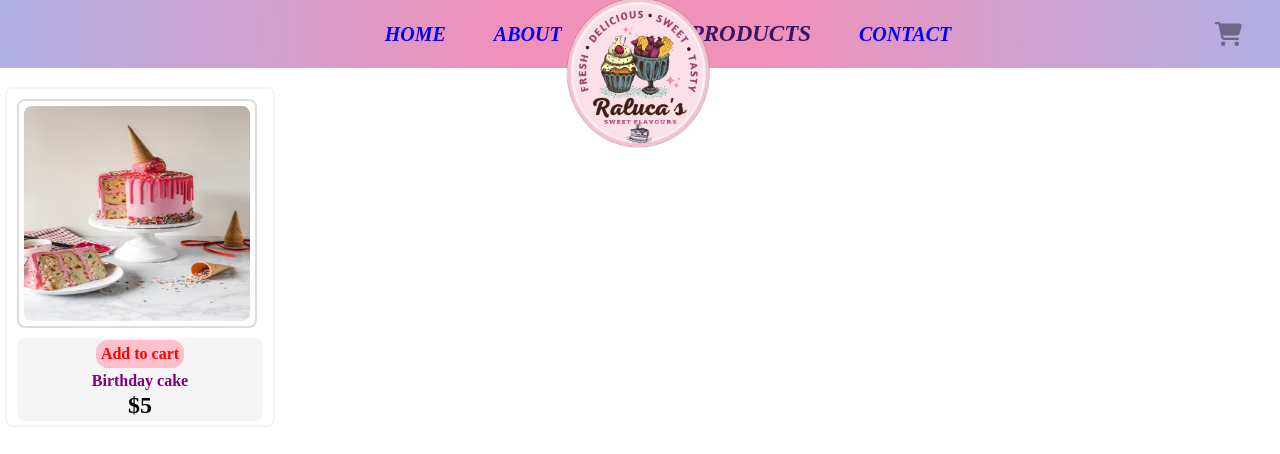
Repository: RalucaZota/cakeshop
Page: /products
The author's editor kept a copy of each file at every save. The page is drawn from the files as they stood at one save, then again after the next save.
The browser window is 1280 px wide. The pictures show the whole page.
The project was rebuilt for these pictures with package versions that can differ from the ones it lists, and the page was loaded fresh each time. Also part of the build but not shown: vite.config.js, src/components/FavoriteProduct.vue, src/views/Home.vue, src/views/About.vue, src/views/Contact.vue.

Above is the page before, as saved 2023-06-10 18:25:48.

### index.html
<!DOCTYPE html>
<html lang="en">
  <head>
    <meta charset="UTF-8">
    <link rel="icon" href="/favicon.ico">
    <meta name="viewport" content="width=device-width, initial-scale=1.0">
    <title>Vite App</title>
  </head>
  <body>
    <div id="app"></div>
    <script type="module" src="/src/main.js"></script>

  </body>
</html>

### src/main.js
import './assets/main.css'

import { createApp } from 'vue'
import App from './App.vue'
import router from './router'
/* import the fontawesome core */
import { library } from '@fortawesome/fontawesome-svg-core'

/* import font awesome icon component */
import { FontAwesomeIcon } from '@fortawesome/vue-fontawesome'




/* import specific icons */
import { faBars } from '@fortawesome/free-solid-svg-icons'
import { faXmark } from '@fortawesome/free-solid-svg-icons'
import { faCartShopping } from '@fortawesome/free-solid-svg-icons'




/* add icons to the library */
library.add(faBars, faXmark, faCartShopping)

createApp(App)
.component('font-awesome-icon', FontAwesomeIcon).use(router)
.mount('#app')

### src/assets/main.css
@import './base.css';

#app {
  margin: 0 auto;

  font-weight: normal;
}

### src/App.vue
<script setup>
import Navbar from "./components/Navbar.vue"


</script>

<template>
<navbar/>


</template>

<style scoped>

</style>

### src/router/index.js
import { createRouter, createWebHistory } from 'vue-router'

const router = createRouter({
  history: createWebHistory(import.meta.env.BASE_URL),
  routes: [
    {
      path: '/',
      name: 'home',
      component: () => import('../views/Home.vue')
    },
    { path: '/about', name: 'about', component: () => import('../views/About.vue') },
    { path: '/products', name: 'products', component: () => import('../views/Products.vue') },
    { path: '/contact', name: 'contact', component: () => import('../views/Contact.vue') }
    // route level code-splitting
    // this generates a separate chunk (About.[hash].js) for this route
    // which is lazy-loaded when the route is visited.
  ]
})

export default router

### src/assets/base.css
/* color palette from <https://github.com/vuejs/theme> */
:root {
  --vt-c-white: #ffffff;
  --vt-c-white-soft: #f8f8f8;
  --vt-c-white-mute: #f2f2f2;

  --vt-c-black: #181818;
  --vt-c-black-soft: #222222;
  --vt-c-black-mute: #282828;

  --vt-c-indigo: #2c3e50;

  --vt-c-divider-light-1: rgba(60, 60, 60, 0.29);
  --vt-c-divider-light-2: rgba(60, 60, 60, 0.12);
  --vt-c-divider-dark-1: rgba(84, 84, 84, 0.65);
  --vt-c-divider-dark-2: rgba(84, 84, 84, 0.48);

  --vt-c-text-light-1: var(--vt-c-indigo);
  --vt-c-text-light-2: rgba(60, 60, 60, 0.66);
  --vt-c-text-dark-1: var(--vt-c-white);
  --vt-c-text-dark-2: rgba(235, 235, 235, 0.64);
}

/* semantic color variables for this project */
:root {
  --color-background: var(--vt-c-white);
  --color-background-soft: var(--vt-c-white-soft);
  --color-background-mute: var(--vt-c-white-mute);

  --color-border: var(--vt-c-divider-light-2);
  --color-border-hover: var(--vt-c-divider-light-1);

  --color-heading: var(--vt-c-text-light-1);
  --color-text: var(--vt-c-text-light-1);

  --section-gap: 160px;
}

@media (prefers-color-scheme: dark) {
  :root {
    --color-background: var(--vt-c-black);
    --color-background-soft: var(--vt-c-black-soft);
    --color-background-mute: var(--vt-c-black-mute);

    --color-border: var(--vt-c-divider-dark-2);
    --color-border-hover: var(--vt-c-divider-dark-1);

    --color-heading: var(--vt-c-text-dark-1);
    --color-text: var(--vt-c-text-dark-2);
  }
}

*,
*::before,
*::after {
  box-sizing: border-box;
  margin: 0;
  font-weight: normal;
}

### src/components/Navbar.vue
<template>
  <header :class="{ 'scrolled-nav': scrolledNav }">
    <nav >
      <div class="cart">
          <font-awesome-icon icon="fa-solid fa-cart-shopping" fade size="xl" />
        </div>
      <ul class="navigation" v-show="!mobile">
        <li>
          <RouterLink active-class="active" :to="{ name: 'home' }" class=" link"
            >Home</RouterLink
          >
        </li>
        <li>
          <RouterLink active-class="active" :to="{ name: 'about' }" class=" link"
            >About</RouterLink
          >
        </li>
        <div class="branding">
          <img src="../assets/images/logo.png" alt="logo"/>
        </div>
        <li>
          <RouterLink active-class="active" :to="{ name: 'products' }" class=" link"
            >Products</RouterLink
          >
        </li>
        <li>
          <RouterLink active-class="active" :to="{ name: 'contact' }" class=" link"
            >Contact</RouterLink
          >
        </li>
      </ul>
        <div class="icon">
          <font-awesome-icon icon="fa-solid fa-bars" size="lg" @click="openMobileNav" v-show="!mobileNav && mobile"  class="burger" :class="{'icon-active': mobileNav}"/>
          <font-awesome-icon  v-show="mobileNav" icon="fa-solid fa-xmark" beat size="xl" @click="closeMobileNav" class="close-nav" :class="{'icon-active': mobileNav}"/>
        </div>

      <transition name="mobile-nav">

        <ul v-show="mobileNav" class="dropdown-nav">
          <li>
            <div class="branding">
          <img src="../assets/images/logo.png" alt="logo"/>
        </div>
          </li>
          <li>
            <RouterLink active-class="active" :to="{ name: 'home' }" class="link"
              >Home</RouterLink
            >
          </li>
          <li>
            <RouterLink active-class="active" :to="{ name: 'about' }" class=" link"
              >About</RouterLink
            >
          </li>
          <li>
            <RouterLink active-class="active" :to="{ name: 'products' }" class=" link"
              >Products</RouterLink
            >
          </li>
          <li>
            <RouterLink active-class="active" :to="{ name: 'contact' }" class=" link"
              >Contact</RouterLink
            >
          </li>
        </ul>
      </transition>
    </nav>
  </header>

  <RouterView />
</template>
<script>
import { RouterLink, RouterView } from 'vue-router'
import Home from '../views/Home.vue'
import Products from '../views/Products.vue'
import About from '../views/About.vue'
import Contact from '../views/Contact.vue'
export default {
  name: 'navbar',
  components: {
    Home,
    Products,
    About,
    Contact
  },
  data(){
    return {
      scrolledNav: null,
      mobile: null,
      mobileNav: null,
      windowWidth: null,

    }
  },
  created(){
    window.addEventListener('resize', this.checkScreen);
    this.checkScreen()
  },
  mounted(){
    window.addEventListener('scroll', this.updateScroll)
  },
  methods:{
    openMobileNav(){
      this.mobileNav = true


    },
    closeMobileNav(){
      this.mobileNav = false

    },

    updateScroll(){
      const scrollPosition =  window.scrollY;
      if (scrollPosition > 50){
        this.scrolledNav = true;
        return;
      }
      this.scrolledNav = false
    },
    checkScreen(){
      this.windowWidth = window.innerWidth;
      if( this.windowWidth <= 750){
        this.mobile = true;
        return;
      }
      this.mobile = false;
      this.mobileNav = false;
    }
  }
}
</script>
<style lang="scss">
@import '../styles/Navbar.scss';
</style>

### src/views/Products.vue
<template>
    <div>
        <h1>PRODUCTS</h1>
        <product-item/>
    </div>
</template>
<script>
import ProductItem from '../components/ProductItem.vue';

export default {
    name: 'products',
    components:{
        ProductItem,

    }
}
</script>

### src/styles/Navbar.scss
header{
    width: 100%;
    position: fixed;
    transition: 0.5s ease all;
    background-color: transparent;
    z-index: 99;
    color: transparent;
    height: 68px;
    nav{
        display: flex;
        align-items: center;
        justify-content: space-evenly;
        flex-direction: row;
        background: rgb(238,174,202);
        background: rgb(240,145,186);
        background: rgb(240,145,186);
        background: radial-gradient(circle, rgba(240,145,186,1) 21%, rgba(176,175,228,1) 100%);
        transition: 0.5s ease all;
        padding: 5px 0;
        width: 100%;
        margin: 0 auto;
        text-decoration: none;
        position: relative;


        @media (min-width: 1140px) {
            max-width: 1300px;
        }
        @media (max-width: 749px) {
            width: 100%;
            padding: 20px;
        }
        ul,
        .link {
            color: blue;
            list-style: none;
            text-decoration: none;
        }
        li {
            text-transform: uppercase;
            padding: 16px;
            margin-left: 16px;
        }

        .link {
            font-weight: 700;
            font-style:italic;
            font-size: 20px;
            transition: 0.5s ease all;
            padding-bottom: 4px;
            border-bottom:  2px solid transparent;
            &:hover {
                color: #125159;
                border-color: purple;
            }
        }
        .branding {
            display: flex;
            align-items: center;
            margin-left: 80px;
            @media (max-width: 749px) {
                margin-left: 0px;
            }
            li.img{
                @media (max-width: 749px) {
                    padding-bottom: 0px;
            }
        }
            img {
                width: 150px;
                position: absolute;
                height: 155px;
                left: 44%;
                top: -10%;
                transition: .5s ease all;
                @media (max-width: 749px) {
                    position: relative;
                    width: 80px;
                    height: 80px;
                    left: 11%;
                }
            }
        }

        .active{
        font-weight: bold;
        font-size: 23px !important;
        color: #371563;
        font-weight: 700 !important;
        text-decoration: none;
        font-size: larger;

        }
        .cart{
        position: absolute;
        right: 3%;
        color: black;
        font-weight: 700;
    }
        .navigation {
            display: flex;
            align-items: center;
            flex: 1;
            justify-content: center;
    }
        .icon{
            display: flex;
            align-items: center;
            position: absolute;
            top: 0;
            left: 24px;
            height: 100%;
            color: black;
            transform: rotateZ(180deg);
            .burger{
            cursor: pointer;
            font-size: 24px;
            transition: .8s ease all;

        }
            .close-nav{
                color: black;
                font-weight: 600;
            }
    }
        .icon-active{

            color: red;
            display: inline-block;




    }
        .dropdown-nav{
            display: flex;
            flex-direction: column;
            align-items: center;
            position: fixed;
            width: 100%;
            max-width: 215px;
            height: 100%;
            background: radial-gradient(circle, rgba(240,145,186,1) 21%, rgba(176,175,228,1) 100%);
            top: 4.8%;
            left: 0;
            padding-left: 0px;
            line-height: 5px;
            padding-top: 10px;

            li{
                margin-left: 0;
                .link{
                    color: black;
                    font-weight: 600;
            }
        }

    }
        .mobile-nav-enter-active, .mobile-nav-leave-active {
            transition:  1s ease all;
        }
        .mobile-nav-enter-from, .mobile-nav-leave-to {
            transform: translateX((-250px));
        }
        .mobile-nav-enter-to {
            transform: translateX((0));
        }

}
}
.scrolled-nav{
    // box-shadow: 0 4px 6px -1px rgba(0, 0, 0, 0.1), 0 2px 4px -1px rgba(0, 0, 0, 0.06);
        nav{
            padding: 8px 0;
            .branding{
            // img{
            //     width: 40px;
            //     box-shadow: 0 4px 6px -1px rgba(0, 0, 0, 0.1), 0 2px 4px -1px rgba(0, 0, 0, 0.06);

            // }
        }
    }
}

### src/components/AddtoCartButton.vue
<template>
    <div>
        <a href="#" class="cart-button">
      <span></span>
      <span></span>
      <span></span>
      <span></span>
      Add to cart
    </a>
    </div>
</template>
<script>
export default {
    name: 'AddtoCartButton'
}
</script>
<style >
.cart-button {
    /* border: 2px solid hsl(317 100% 54%); */
    background-color: pink;
    border-radius: 12px;
    font-weight: 600;
    font-size: 16px;
    padding: 5px;
    position: relative;
    display: inline-block;
    color: red;
    text-decoration: none;
    overflow: hidden;
    transition: 0.2s;
}



.cart-button:hover {
    color: #255784;
    background:pink;
    box-shadow: 0 0 10px #2196f3, 0 0 40px #2196f3, 0 0 80px #2196f3;
    transition-delay: 1s;
}


.cart-button span {
    position: absolute;
    display: block;
}




.cart-button span:nth-child(1) {
    top: 0;
    left: -100%;
    width: 100%;
    height: 2px;
    background: linear-gradient(90deg, transparent, #2196f3);
}



.cart-button:hover span:nth-child(1) {
    left: 100%;
    transition: 1s;
}


.cart-button span:nth-child(3) {
    bottom: 0;
    right: -100%;
    width: 100%;
    height: 2px;
    background: linear-gradient(270deg, transparent, #2196f3);
}

.cart-button:hover span:nth-child(3) {
    right: 100%;
    transition: 1s;
    transition-delay: 0.5s;
}



.cart-button span:nth-child(2) {
    top: -100%;
    right: 0;
    width: 2px;
    height: 100%;
    background: linear-gradient(180deg, transparent, #2196f3);
}

.cart-button:hover span:nth-child(2) {
    top: 100%;
    transition: 1s;
    transition-delay: 0.25s;
}



.cart-button span:nth-child(4) {
    bottom: -100%;
    left: 0;
    width: 2px;
    height: 100%;
    background: linear-gradient(360deg, transparent, #2196f3);
}

.cart-button:hover span:nth-child(4) {
    bottom: 100%;
    transition: 1s;
    transition-delay: 0.75s;
}
</style>

### src/components/ProductItem.vue
<template>
    <article class="product-item">
      <div class="product-image-div">
        <img
          src="../assets/images/cakes/birthday-cake.jpg"
          alt="birthday cake"
          class="product-image"
        />
      </div>
      <div class="details-section">
      <addto-cart-button />
        <h3 class="product-title">Birthday cake</h3>
        <h2 class="product-price">$5</h2>
      </div>
    </article>
  </template>
  <script>
  import AddtoCartButton from './AddtoCartButton.vue'
  export default {
    name: 'FavoriteProduct',
    components: {
      AddtoCartButton
    }
  }
  </script>

  <style lang="scss">
  @import '../styles/ProductItem.scss';
  </style>

### src/styles/ProductItem.scss
.product-item{
    margin-top: 50px;
    background-color: transparent;
    border-radius: 8px;
    border: 2px solid  whitesmoke;
    max-width: 270px;
    height: 340px;
    padding: 10px;
    margin: 5px;
    z-index: 99;
    margin-top: 50px !important;
    .product-image-div{
        display: flex;
        align-items: center;
        justify-content: center;
        margin-bottom: 10px;
        padding: 5px;
        width: 240px;
        border-radius: 8px;
        border: 2px solid gainsboro;
        .product-image{
            width: 235px;
            height: 215px;
            border-radius: 8px;
            }
        }
    .details-section{

        display: flex;
        flex-direction: column;
        align-items: center;
        justify-content: center;
        background-color: whitesmoke;
        border-radius: 8px;
        padding: 2px;
        .product-title{
            font-weight: 800;

            border-bottom:  2px solid transparent;
            transition: 0.5s ease-in;
            color: purple;
            font-size: 16px;
            &:hover{
                border-bottom: 2px solid red;
                border-radius: 2px;
                font-size: 20px;
            }
        }
        .product-price{
            color: black;
            font-weight: 600;
        }

    }
}

After the next save:
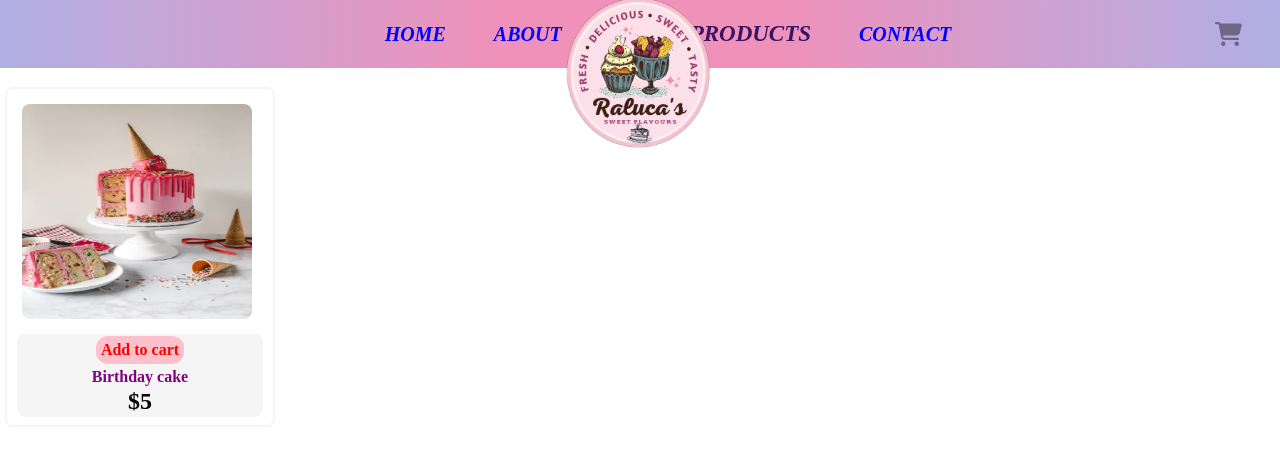
Saved 20 s later.
--- a/src/styles/ProductItem.scss
+++ b/src/styles/ProductItem.scss
@@ -17,7 +17,7 @@
         padding: 5px;
         width: 240px;
         border-radius: 8px;
-        border: 2px solid gainsboro;
+        // border: 2px solid gainsboro;
         .product-image{
             width: 235px;
             height: 215px;
